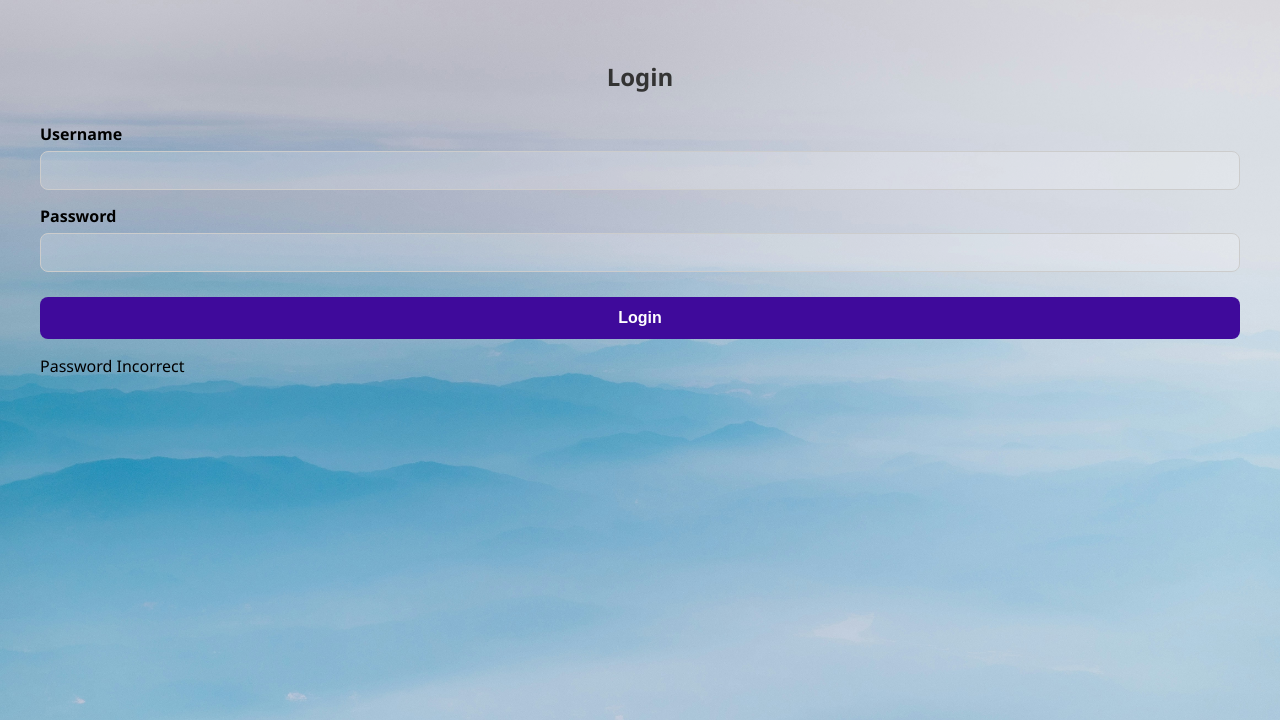
Repository: aboli-vyas/Servlet_Projects
Page: Sevlet_Project/src/main/webapp/Login.html
The author's editor kept a copy of each file at every save. The page is drawn from the files as they stood at one save, then again after the next save.
The browser window is 1280 px wide. The pictures show the whole page.

Above is the page before, as saved 2025-06-07 12:08:53.

### Sevlet_Project/src/main/webapp/Login.html
<!DOCTYPE html>
<html lang="en">
<head>
  <meta charset="UTF-8">
  <title>Login Form</title>
  <link rel="stylesheet" href="style.css">
</head>
<body>

  <div class="login-container">
    <h2>Login</h2>
    <form action="login" method="post">
      <label for="username">Username</label>
      <input type="text" id="username" name="username" required>

      <label for="password">Password</label>
      <input type="password" id="password" name="password" required>

      <button type="submit">Login</button>

      <p class="error-message" id="error">Password Incorrect</p>
    </form>
  </div>

</body>
</html>

### Sevlet_Project/src/main/webapp/style.css
body {
    font-family: 'Segoe UI', Tahoma, Geneva, Verdana, sans-serif;
    background: linear-gradient(120deg, #f6f9fc, #e0f7fa);
    background-image: url("Images/bg.jpg");
    background-size: cover;
    background-position: center;
    background-repeat: no-repeat;
    background-attachment: fixed;
    margin: 0;
    padding: 40px;
}

.form-container {
    max-width: 650px;
    margin: auto;
    padding: 30px 40px;
    border-radius: 15px;
    background-color: rgba(255, 255, 255, 0.2);
    color: #fff;
    box-shadow: 0 10px 25px rgba(0, 0, 0, 0.3);
    backdrop-filter: blur(8px);
    -webkit-backdrop-filter: blur(8px);
    border: 1px solid rgba(255, 255, 255, 0.3);
}

h2 {
    text-align: center;
    color: #333;
    margin-bottom: 30px;
}

form label {
    display: block;
    margin-top: 15px;
    font-weight: 600;
    color: black;
}

input[type="text"],
input[type="email"],
input[type="tel"],
input[type="number"],
input[type="date"],
input[type="password"],
select {
    width: 100%;
    padding: 10px 12px;
    margin-top: 6px;
    border: 1px solid #ccc;
    border-radius: 8px;
    box-sizing: border-box;
    font-size: 15px;
    transition: border 0.3s;
}

input:focus, select:focus {
    border-color: #3f0a9b ;
    outline: none;
}
input, select, textarea {
  background-color: rgba(255, 255, 255, 0.2);
  border: 1px solid rgba(255, 255, 255, 0.4);
  padding: 10px;
  border-radius: 8px;
  outline: none;
  font-size: 16px;
}

input::placeholder, textarea::placeholder {
  color: rgba(255, 255, 255, 0.7);
}


.gender,
.checkbox-group {
    margin-top: 8px;
    padding: 5px 0;
}

.gender label,
.checkbox-group label {
    display: inline-block;
    margin-right: 20px;
    font-weight: normal;
}

button {
    margin-top: 25px;
    width: 100%;
    padding: 12px;
    background: #3f0a9b ;
    color: white;
    border: none;
    font-size: 16px;
    font-weight: bold;
    border-radius: 8px;
    cursor: pointer;
    transition: background 0.3s;
}

button:hover {
    background: white;
    color: black;
}

input[type="checkbox"],
input[type="radio"] {
  appearance: none;
  -webkit-appearance: none;
  -moz-appearance: none;
  width: 20px;
  height: 20px;
  border: 2px solid rgba(255, 255, 255, 0.5);
  background-color: transparent;
  cursor: pointer;
  border-radius: 0;
  position: relative;
  vertical-align: middle;
  margin-right: 8px;
}


input[type="radio"] {
  border-radius: 50%;
}


input[type="checkbox"]:checked {
  background-color: rgba(255, 255, 255, 0.7);
  border-color: rgba(255, 255, 255, 0.7);
}


input[type="radio"]:checked {
  background-color: rgba(255, 255, 255, 0.7);
  border-color: rgba(255, 255, 255, 0.7);
}

input[type="radio"]:checked::after {
  content: "";
  display: block;
  width: 10px;
  height: 10px;
  background: rgba(0, 0, 0, 0.8);
  border-radius: 50%;
  position: absolute;
  top: 4px;
  left: 4px;
}

### Sevlet_Project/src/main/webapp/style2.css
* {
  box-sizing: border-box;
  margin: 0;
  padding: 0;
  font-family: Arial, sans-serif;
}

body {
  background: linear-gradient(to right, #6a11cb, #2575fc);
  height: 100vh;
  display: flex;
  justify-content: center;
  align-items: center;
}

.login-container {
  background-color: rgba(255, 255, 255, 0.95);
  padding: 40px;
  border-radius: 10px;
  width: 300px;
  box-shadow: 0 0 15px rgba(0,0,0,0.3);
}

.login-container h2 {
  text-align: center;
  margin-bottom: 25px;
  color: #333;
}

.login-container label {
  display: block;
  margin: 10px 0 5px;
  color: #444;
}

.login-container input {
  width: 100%;
  padding: 10px;
  border: 1px solid #aaa;
  border-radius: 5px;
  margin-bottom: 15px;
}

.login-container button {
  width: 100%;
  padding: 10px;
  background-color: #2575fc;
  color: white;
  border: none;
  border-radius: 5px;
  cursor: pointer;
}

.login-container button:hover {
  background-color: #1a5ed9;
}

.error-message {
  color: red;
  text-align: center;
  display: none; /* Initially hidden */
}

After the next save:
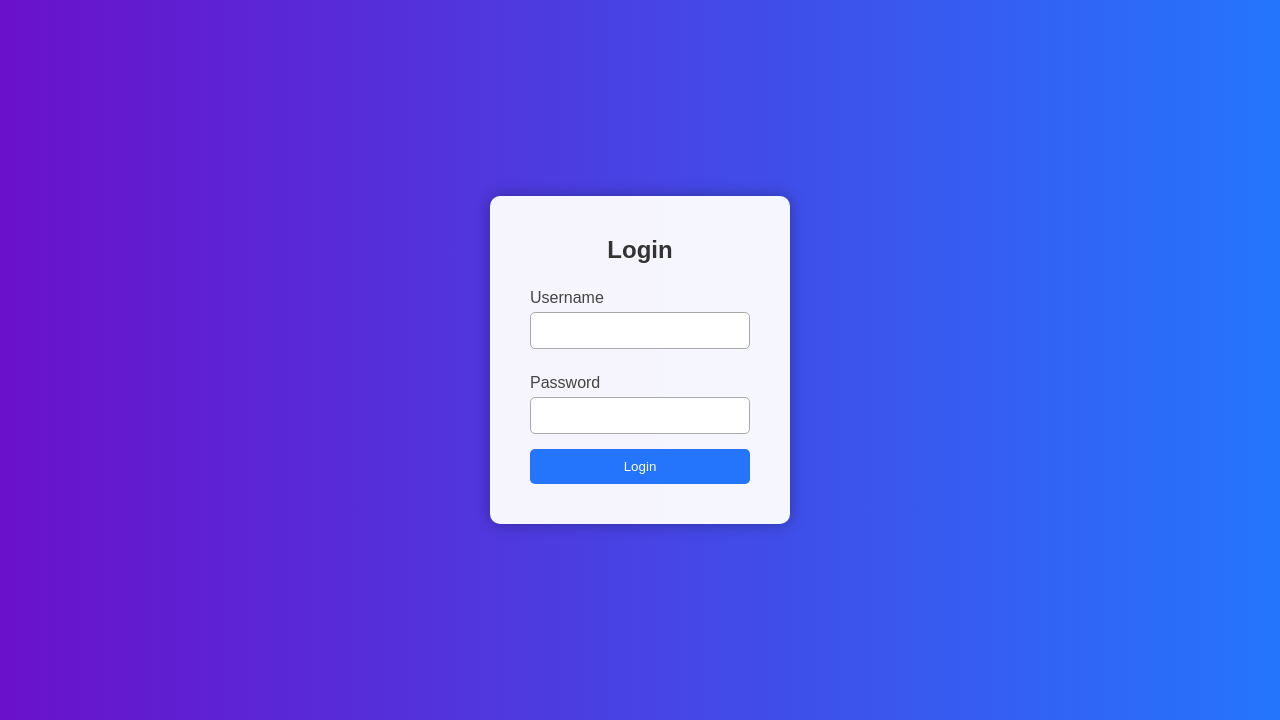
Saved 9 s later.
--- a/Sevlet_Project/src/main/webapp/Login.html
+++ b/Sevlet_Project/src/main/webapp/Login.html
@@ -3,7 +3,7 @@
 <head>
   <meta charset="UTF-8">
   <title>Login Form</title>
-  <link rel="stylesheet" href="style.css">
+  <link rel="stylesheet" href="style2.css">
 </head>
 <body>
 
